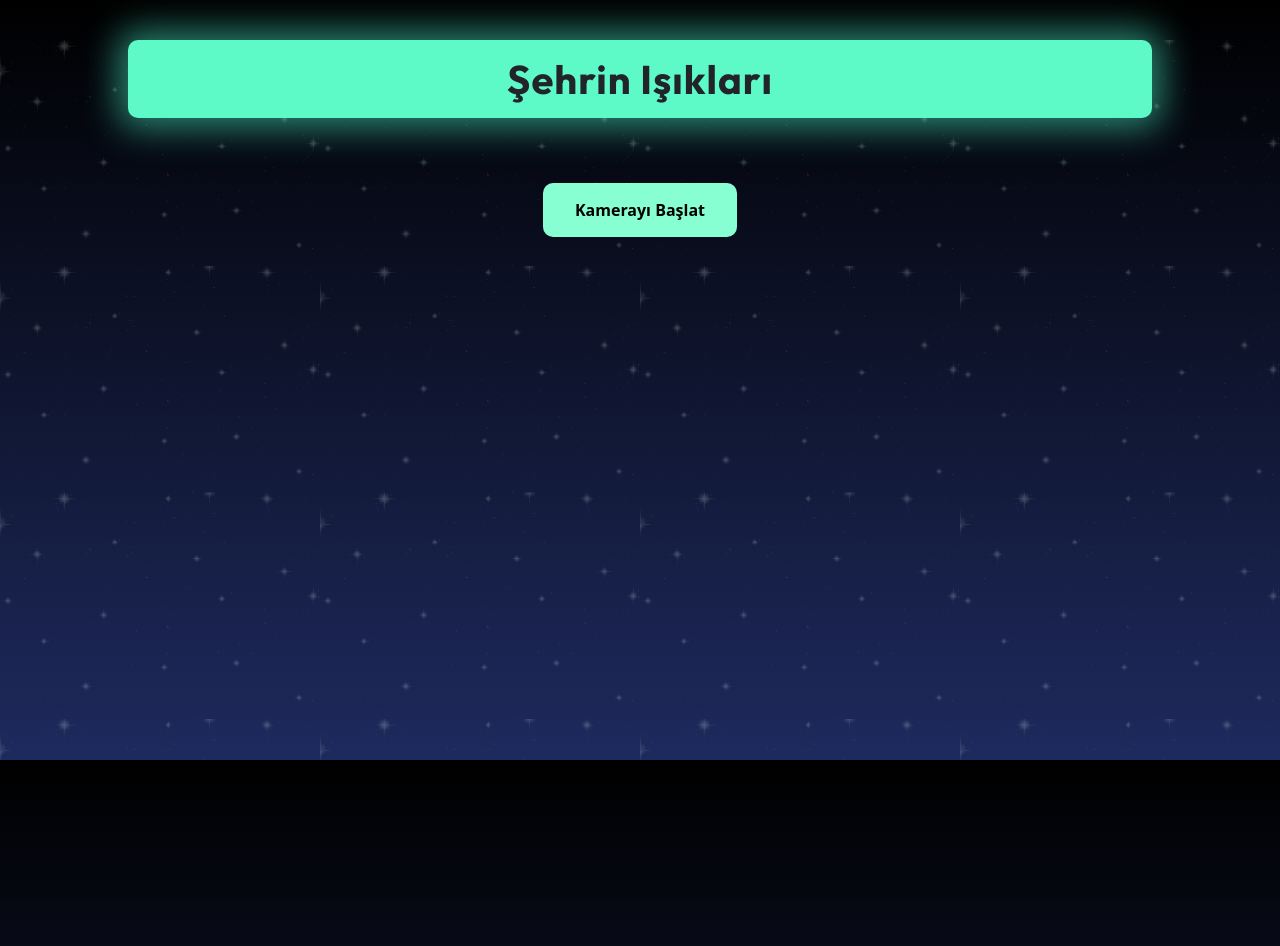
Repository: BiranOrundas/CameraQR
Page: index.html
An editor plug-in stored every save of this project. The page is shown before and after a run of saves, followed by the edit.
The browser window is 1280 px wide. The pictures show the whole page.

Above is the page before, as saved 2024-08-29 15:45:58.

After the next 2 saves:
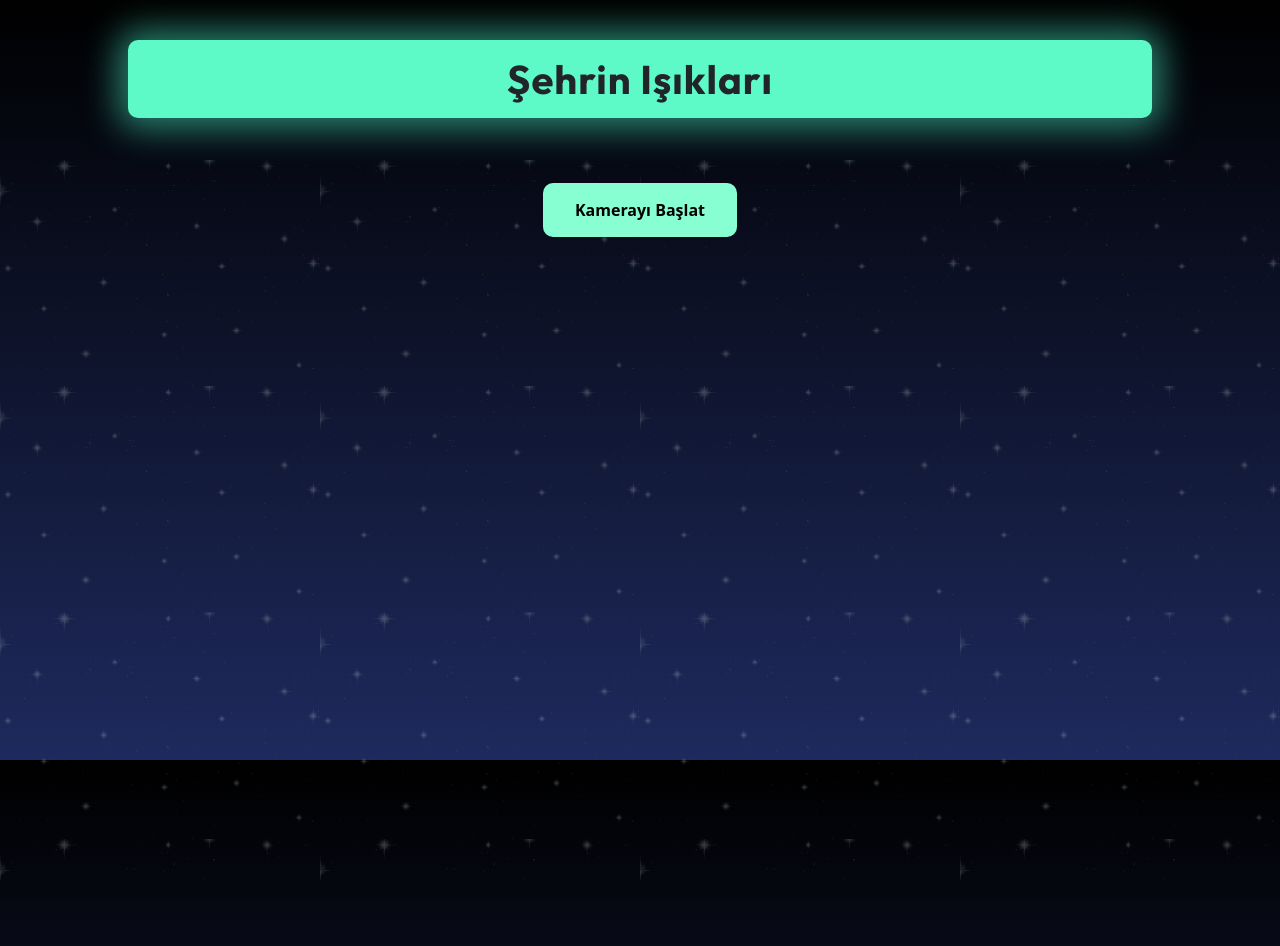
The 2 saves are shown as one change because they came seconds apart.
The last was saved 2 min 15 s later.
--- a/style.css
+++ b/style.css
@@ -20,8 +20,17 @@
   opacity: 0.2;
   background-repeat: repeat;
   background-size: 25%;
+  animation-name: slide;
+  animation-duration: 4s;
+  animation-direction: normal;
+  animation-iteration-count: infinite;
 }
 
+@keyframes slide {
+  0% {top: 0px;}
+  50% {top: 200px;}
+   100% {top: 0px;}
+}
 body{
     margin-left:auto ;
     margin-right:auto ;

After the save that followed:
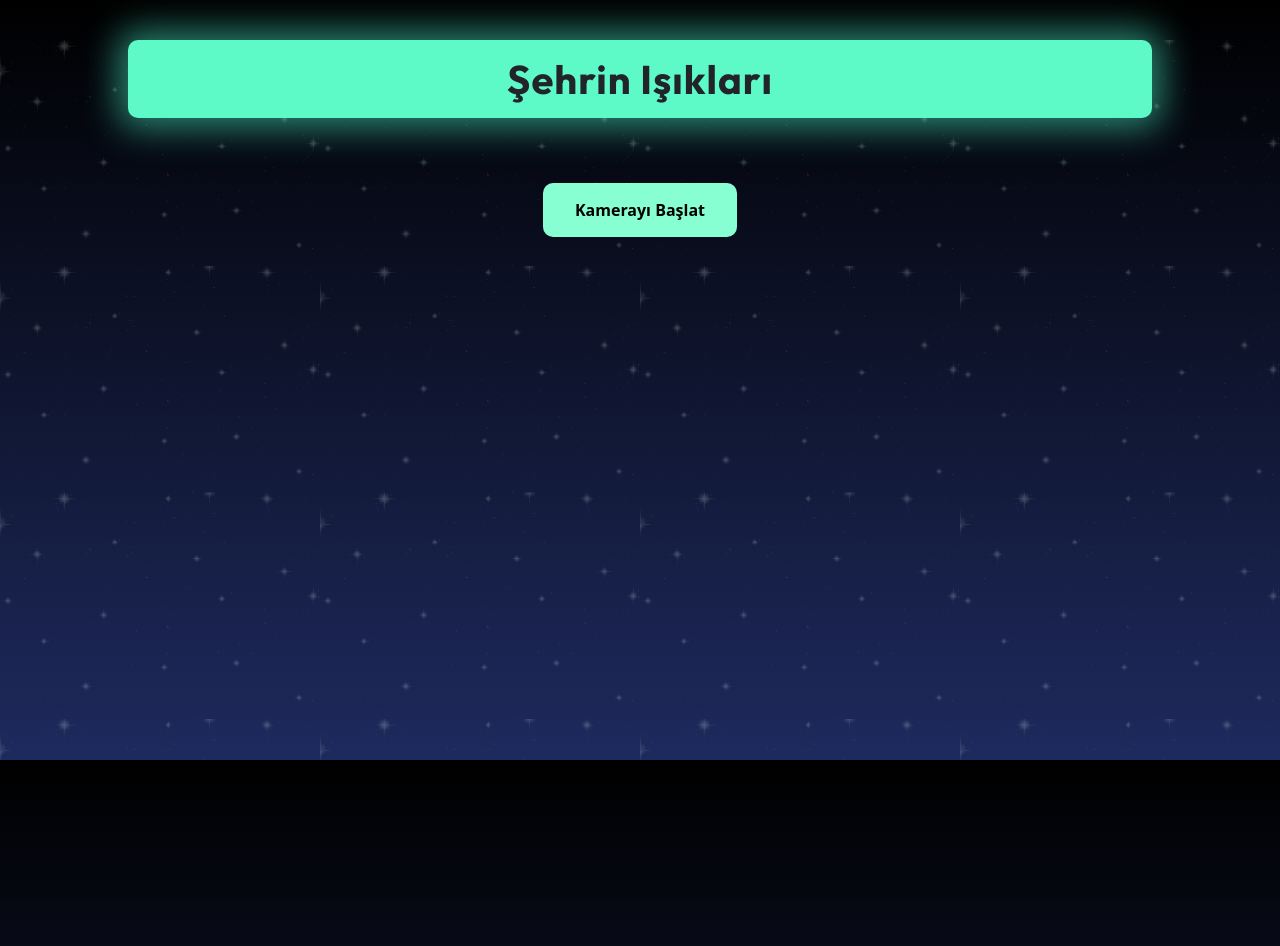
Saved 11 s later.
--- a/style.css
+++ b/style.css
@@ -28,7 +28,7 @@
 
 @keyframes slide {
   0% {top: 0px;}
-  50% {top: 200px;}
+  50% {top: 50px;}
    100% {top: 0px;}
 }
 body{
